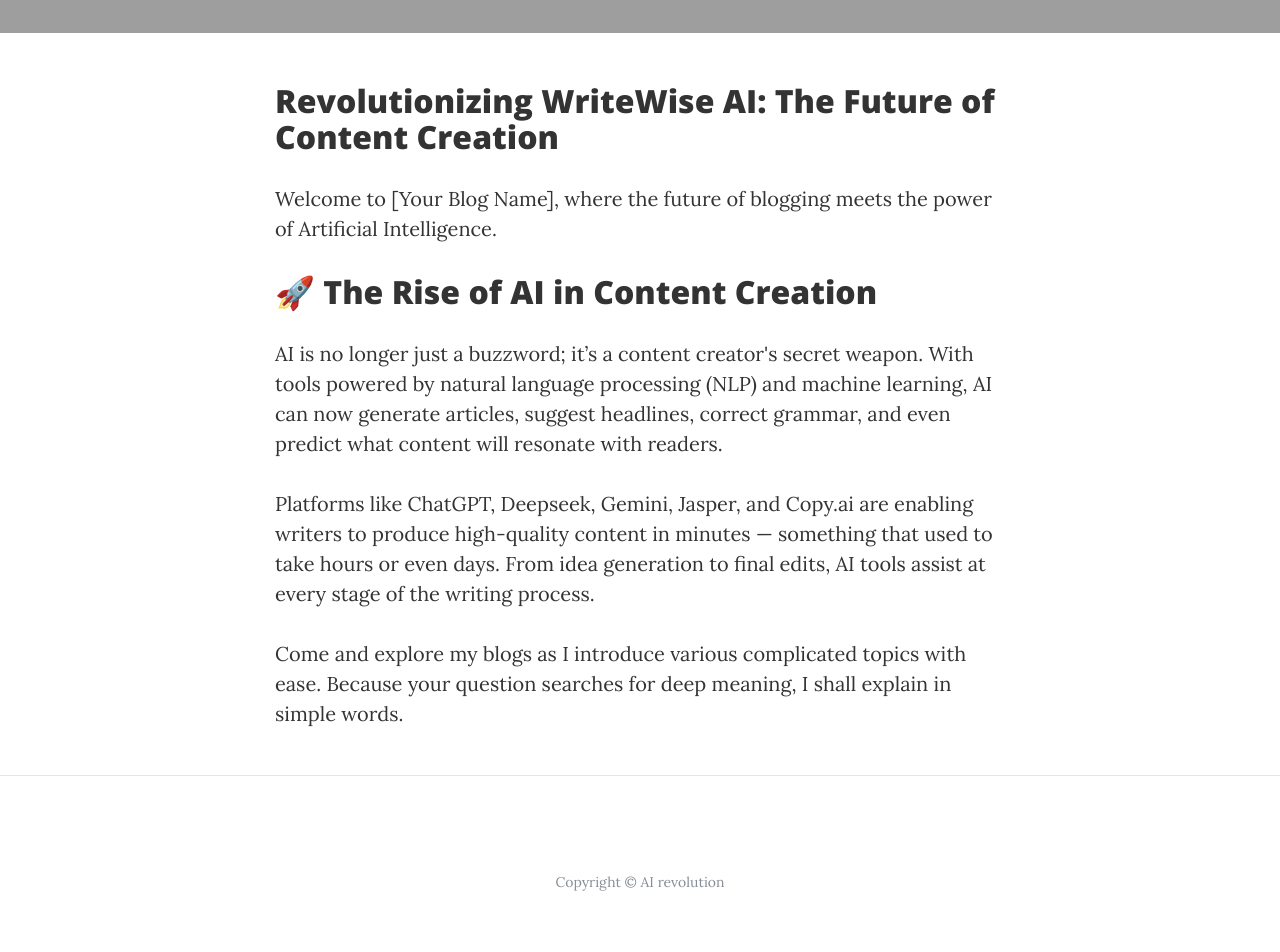
Repository: wahibkhannn/WriteWise-AI_blogging
Page: http://localhost/about
The author's editor kept a copy of each file at every save. The page is drawn from the files as they stood at one save, then again after a run of saves.
The browser window is 1280 px wide. The pictures show the part of the page from y = 491 to 1443 px (the page is 1449 px tall before and 1569 px after).
Pictures or frames that could not be fetched are drawn as grey boxes. Some web fonts or font styles are not loaded; a fallback is used. The page is served by the project's application, run on Flask 3 (app.py).

Above is the page before, as saved 2025-07-01 14:07:48.

After the next 4 saves:
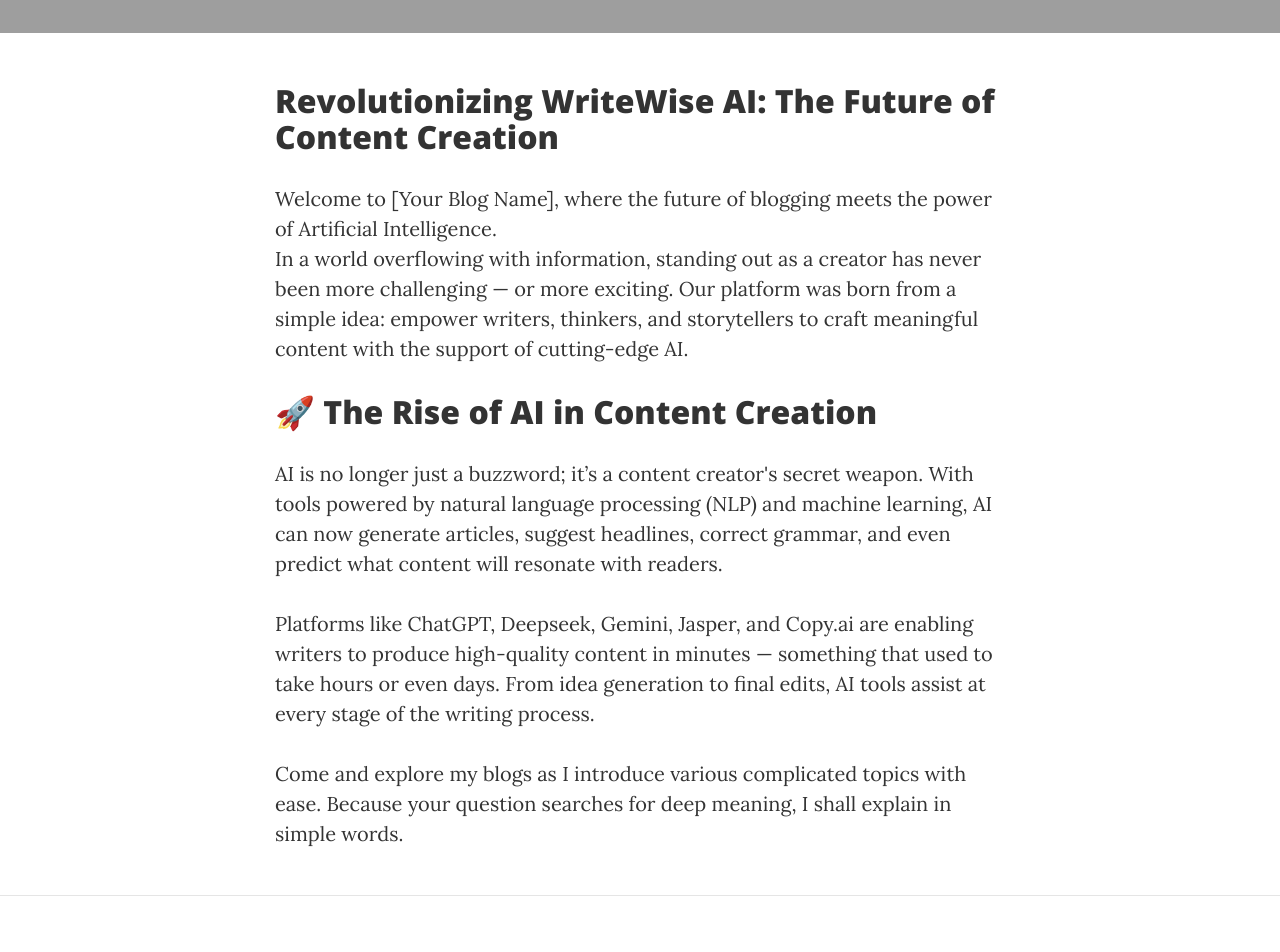
The 4 saves are shown as one change because they came seconds apart.
The last was saved 10 s later.
--- a/templates/about.html
+++ b/templates/about.html
@@ -73,7 +73,7 @@
         <h2>Revolutionizing WriteWise AI: The Future of Content Creation</h2>
         <p>Welcome to [Your Blog Name], where the future of blogging meets the power of Artificial Intelligence.
         <br
-        <p a world overflowing with information, standing out as a creator has never been more challenging — or more
+        <p>In a world overflowing with information, standing out as a creator has never been more challenging — or more
           exciting. Our platform was born from a simple idea: empower writers, thinkers, and storytellers to craft
           meaningful content with the support of cutting-edge AI.</p>
         <h2>🚀 The Rise of AI in Content Creation</h2>
